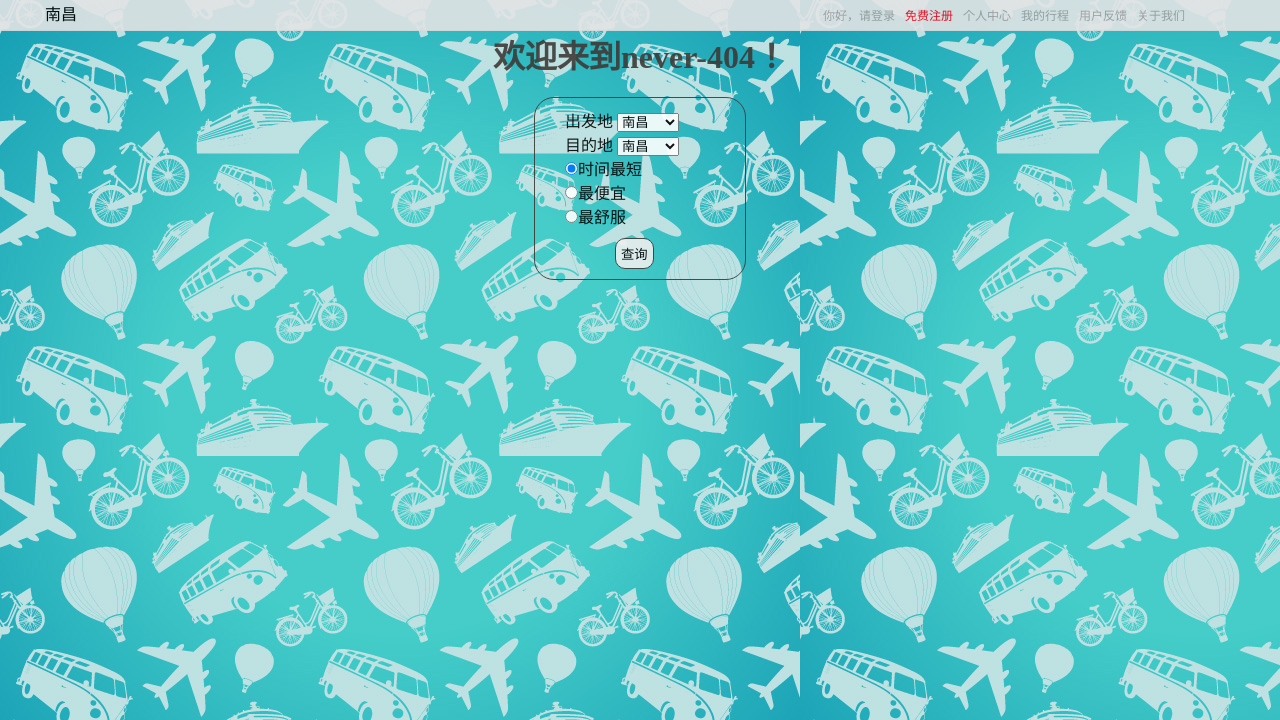
Repository: never-404/Intelligent-recommendation-system
Page: http://localhost/Intelligent-recommendation-system/mainpage.jsp
These files come from the project's save history. The page is drawn as it stood at one moment and after the next save; the edit follows.
The browser window is 1280 px wide. The pictures show the whole page.
The page is served by Tomcat 9. Nobody is signed in. The application's start-up code is not run.

Above is the page before, as saved 2019-04-24 11:36:20.

After the next save:
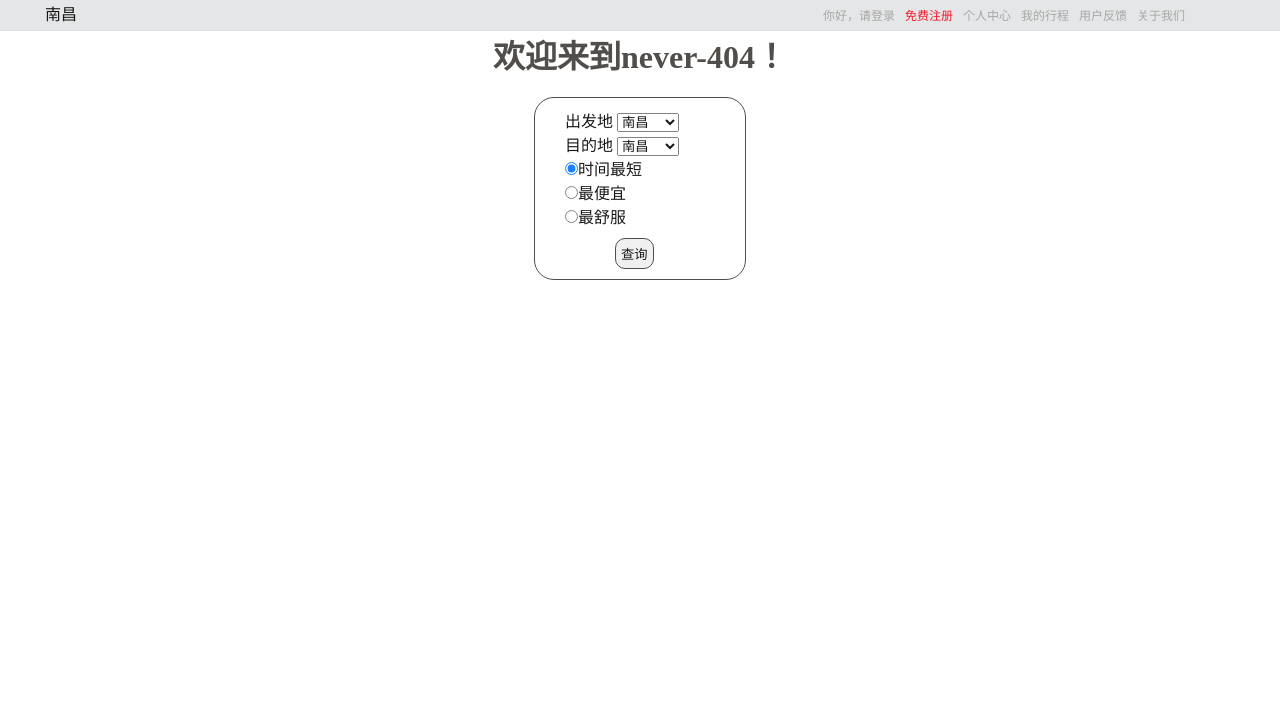
Saved 6 min 9 s later.
--- a/Intelligent-recommendation-system/WebRoot/mainpage.jsp
+++ b/Intelligent-recommendation-system/WebRoot/mainpage.jsp
@@ -23,8 +23,7 @@
 		body
 		{
 			opacity:0.9;
-			background-image:url(background_yc.jpg);
-		}
+				}
 		div.title
 		{
 			margin:auto;
